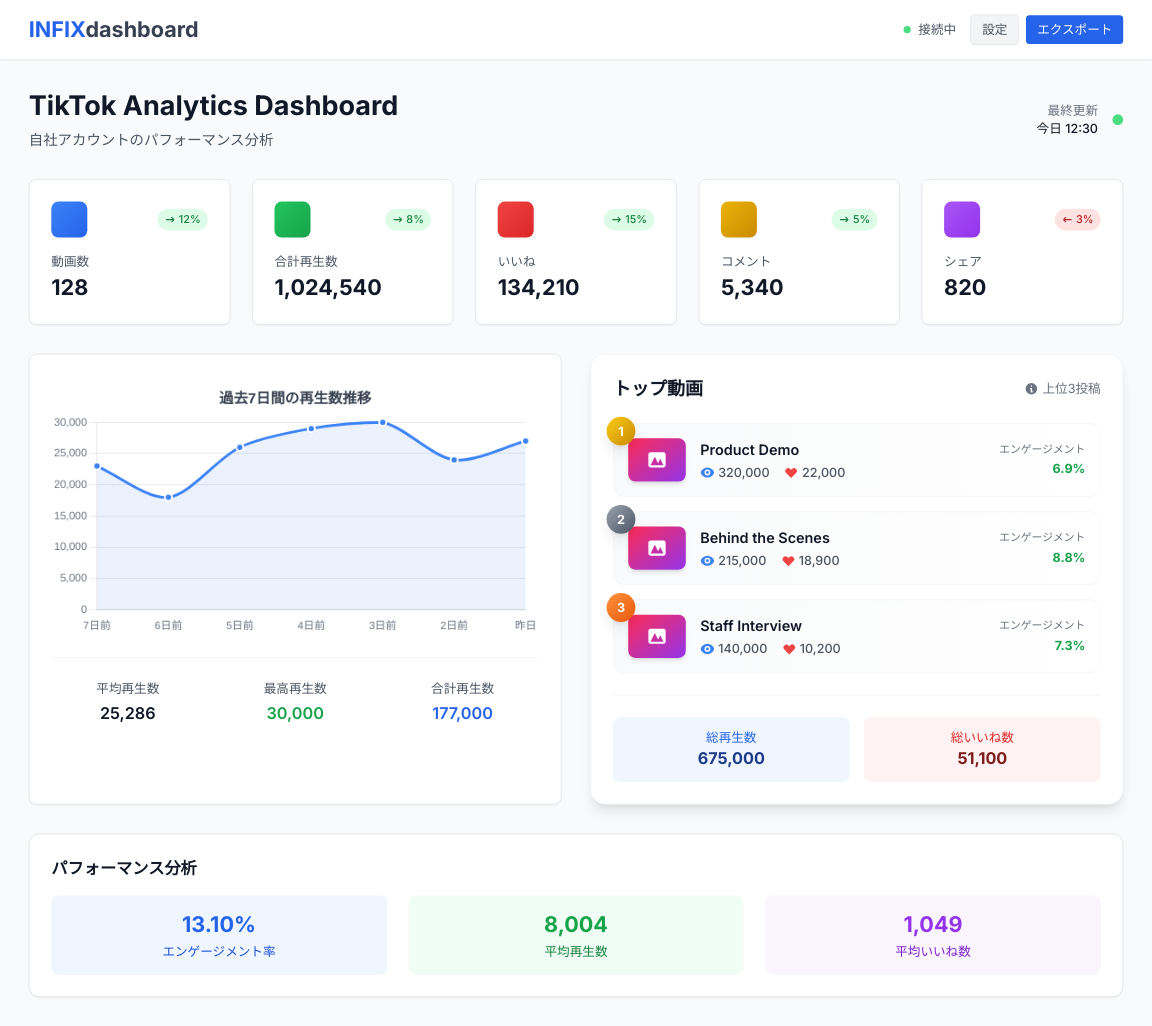
Repository: masayasusuzuki/LogicaMarketingTool
Page: /dashboard
The author's editor kept a copy of each file at every save. The page is drawn from the files as they stood at one save, then again after the next save.
The browser window is 1280 px wide. The pictures show the whole page, at 90% of full size.
The project was rebuilt for these pictures with package versions that can differ from the ones it lists, and the page was loaded fresh each time. The framework's server and built-in components were replaced by stand-ins that run in the browser. Also part of the build but not shown: next.config.js.

Above is the page before, as saved 2025-08-07 12:33:35.

After the next save:
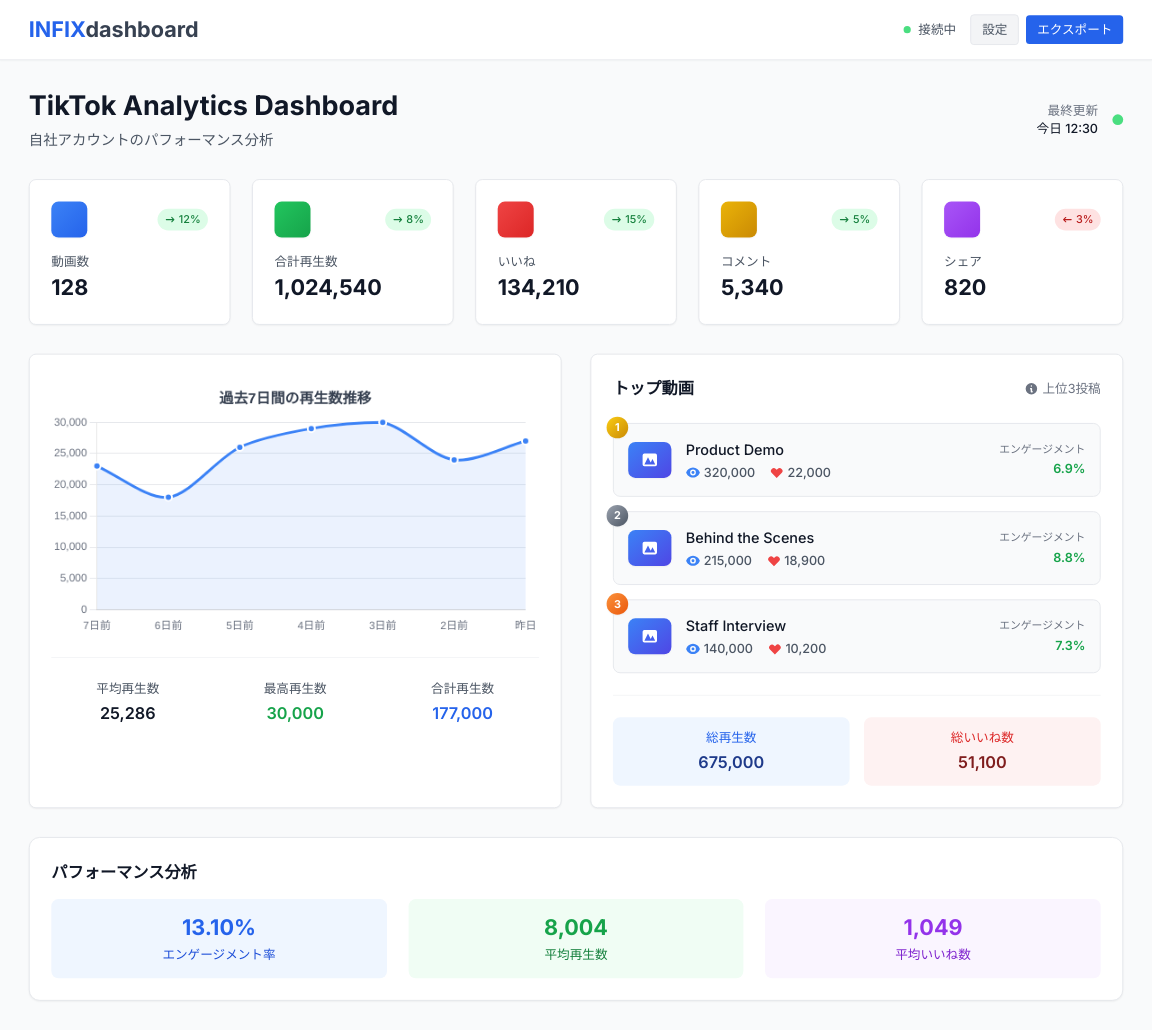
Saved 42 s later.
--- a/src/components/TopVideos.tsx
+++ b/src/components/TopVideos.tsx
@@ -10,9 +10,9 @@
 
 export default function TopVideos({ videos }: TopVideosProps) {
   return (
-    <div className="bg-white rounded-2xl shadow-lg p-6 border border-gray-100">
+    <div className="bg-white rounded-lg shadow-sm p-6 border border-gray-200">
       <div className="flex items-center justify-between mb-6">
-        <h3 className="text-xl font-bold text-gray-900">トップ動画</h3>
+        <h3 className="text-lg font-semibold text-gray-900">トップ動画</h3>
         <div className="flex items-center text-sm text-gray-500">
           <svg className="w-4 h-4 mr-1" fill="currentColor" viewBox="0 0 20 20">
             <path fillRule="evenodd" d="M18 10a8 8 0 11-16 0 8 8 0 0116 0zm-7-4a1 1 0 11-2 0 1 1 0 012 0zM9 9a1 1 0 000 2v3a1 1 0 001 1h1a1 1 0 100-2v-3a1 1 0 00-1-1H9z" clipRule="evenodd"/>
@@ -23,9 +23,9 @@
 
       <div className="space-y-4">
         {videos.map((video, index) => (
-          <div key={index} className="group relative bg-gradient-to-r from-gray-50 to-white hover:from-gray-100 hover:to-gray-50 rounded-xl p-4 border border-gray-100 hover:border-gray-200 transition-all duration-300 cursor-pointer">
+          <div key={index} className="group relative bg-gray-50 hover:bg-gray-100 rounded-lg p-4 border border-gray-200 hover:border-gray-300 transition-all duration-200">
             {/* ランキングバッジ */}
-            <div className="absolute -top-2 -left-2 w-8 h-8 rounded-full flex items-center justify-center font-bold text-sm shadow-lg">
+            <div className="absolute -top-2 -left-2 w-6 h-6 rounded-full flex items-center justify-center font-bold text-xs shadow-sm">
               {index === 0 && (
                 <div className="w-full h-full bg-gradient-to-br from-yellow-400 to-yellow-600 rounded-full flex items-center justify-center text-white">
                   1
@@ -45,14 +45,14 @@
 
             <div className="flex items-center">
               {/* サムネイルプレースホルダー */}
-              <div className="w-16 h-12 bg-gradient-to-br from-tiktok-pink to-purple-600 rounded-lg flex items-center justify-center mr-4 shadow-md">
-                <svg className="w-6 h-6 text-white" fill="currentColor" viewBox="0 0 20 20">
+              <div className="w-12 h-10 bg-gradient-to-br from-blue-500 to-indigo-600 rounded-lg flex items-center justify-center mr-4 shadow-sm">
+                <svg className="w-5 h-5 text-white" fill="currentColor" viewBox="0 0 20 20">
                   <path fillRule="evenodd" d="M4 3a2 2 0 00-2 2v10a2 2 0 002 2h12a2 2 0 002-2V5a2 2 0 00-2-2H4zm12 12H4l4-8 3 6 2-4 3 6z" clipRule="evenodd"/>
                 </svg>
               </div>
 
               <div className="flex-1 min-w-0">
-                <h4 className="font-semibold text-gray-900 mb-1 truncate group-hover:text-tiktok-pink transition-colors">
+                <h4 className="font-medium text-gray-900 mb-1 truncate group-hover:text-blue-600 transition-colors">
                   {video.title}
                 </h4>
 
@@ -76,14 +76,11 @@
               {/* エンゲージメント率 */}
               <div className="text-right">
                 <div className="text-xs text-gray-500 mb-1">エンゲージメント</div>
-                <div className="text-sm font-bold text-green-600">
+                <div className="text-sm font-semibold text-green-600">
                   {((video.likes / video.views) * 100).toFixed(1)}%
                 </div>
               </div>
             </div>
-
-            {/* ホバー時の装飾 */}
-            <div className="absolute bottom-0 left-0 right-0 h-0.5 bg-gradient-to-r from-tiktok-pink to-purple-600 transform scale-x-0 group-hover:scale-x-100 transition-transform duration-300"></div>
           </div>
         ))}
       </div>
@@ -92,14 +89,14 @@
       <div className="mt-6 pt-6 border-t border-gray-100">
         <div className="grid grid-cols-2 gap-4">
           <div className="text-center p-3 bg-blue-50 rounded-lg">
-            <p className="text-sm text-blue-600 font-medium">総再生数</p>
-            <p className="text-lg font-bold text-blue-900">
+            <p className="text-sm text-blue-600 font-medium mb-1">総再生数</p>
+            <p className="text-lg font-semibold text-blue-900">
               {videos.reduce((sum, video) => sum + video.views, 0).toLocaleString()}
             </p>
           </div>
           <div className="text-center p-3 bg-red-50 rounded-lg">
-            <p className="text-sm text-red-600 font-medium">総いいね数</p>
-            <p className="text-lg font-bold text-red-900">
+            <p className="text-sm text-red-600 font-medium mb-1">総いいね数</p>
+            <p className="text-lg font-semibold text-red-900">
               {videos.reduce((sum, video) => sum + video.likes, 0).toLocaleString()}
             </p>
           </div>
